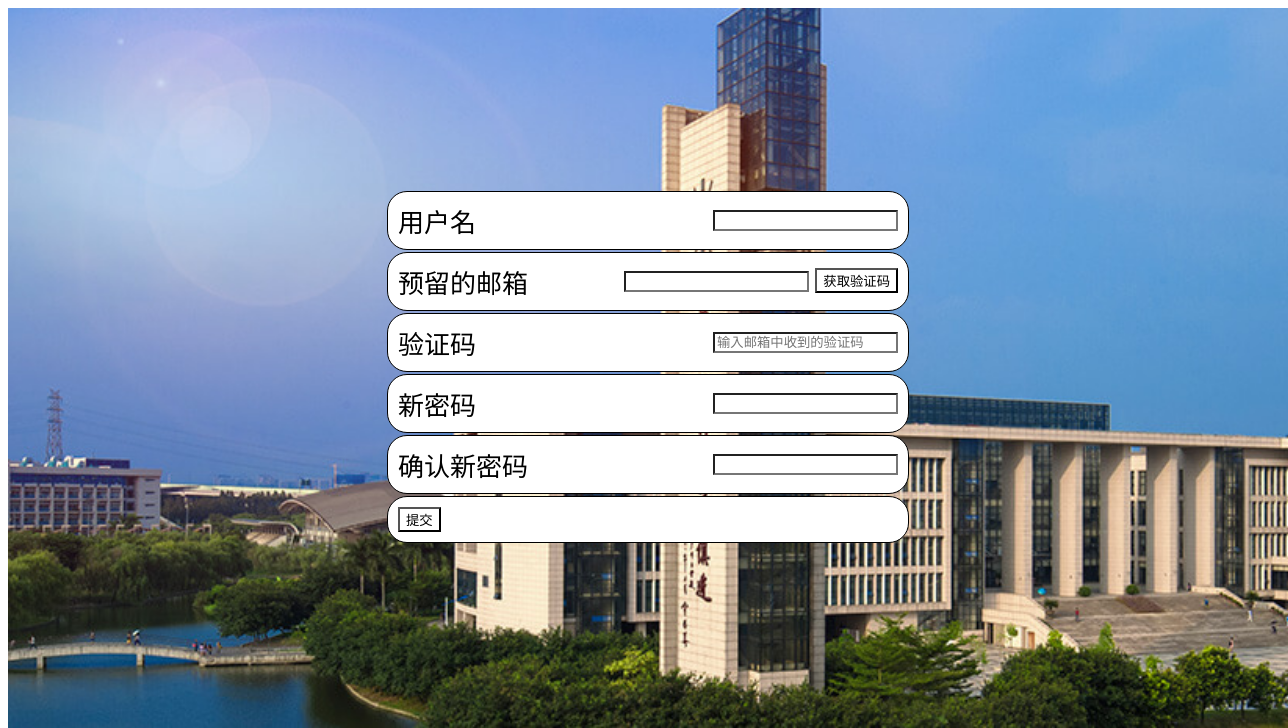
Repository: IAmJiangWenHao/ReportServer
Page: demo.html
An editor plug-in stored every save of this project. The page is shown before and after the next save, followed by the edit.
The browser window is 1280 px wide. The page is 1288 px wide, so the pictures cover 1288 px, including what lies to the right of the window. The pictures show the whole page.

Above is the page before, as saved 2023-05-17 15:49:38.

After the next save:
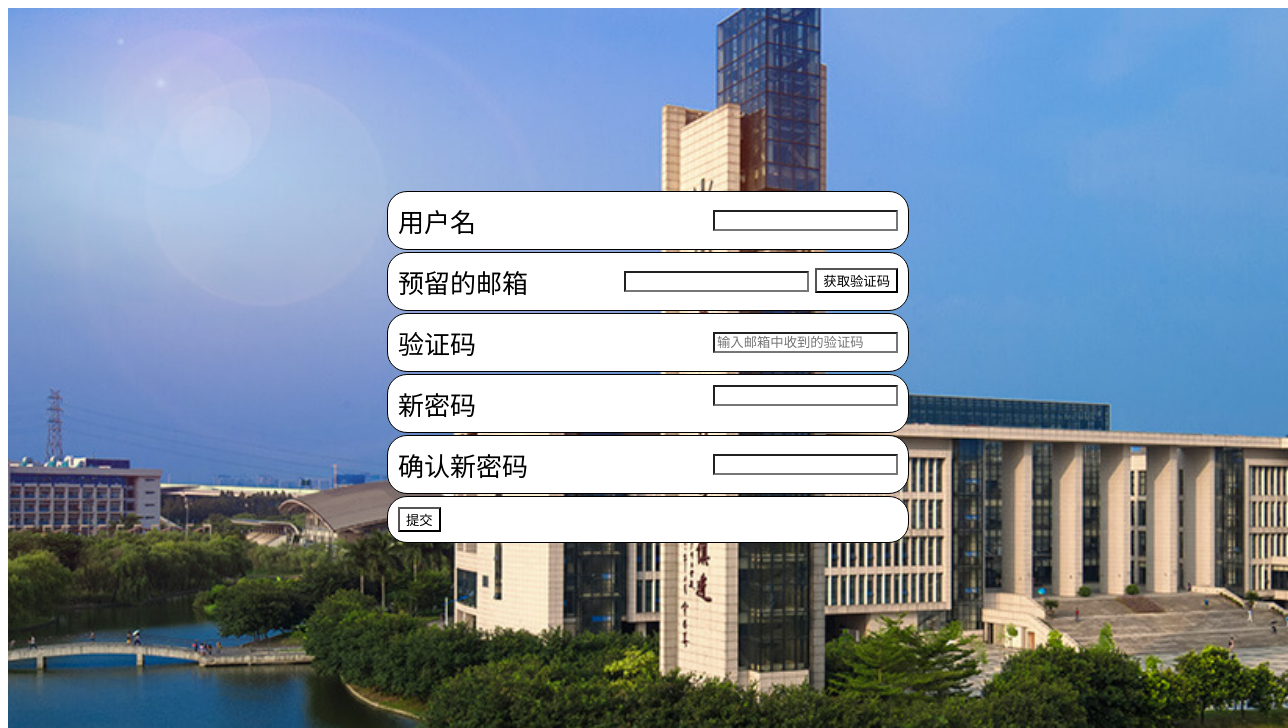
Saved 26 s later.
--- a/demo.html
+++ b/demo.html
@@ -38,7 +38,7 @@
       position: relative;
       justify-content: space-between;
     }
-    form .hang .new{
+    form .hang #new{
       display: flex;
     flex-direction: column;
     }
